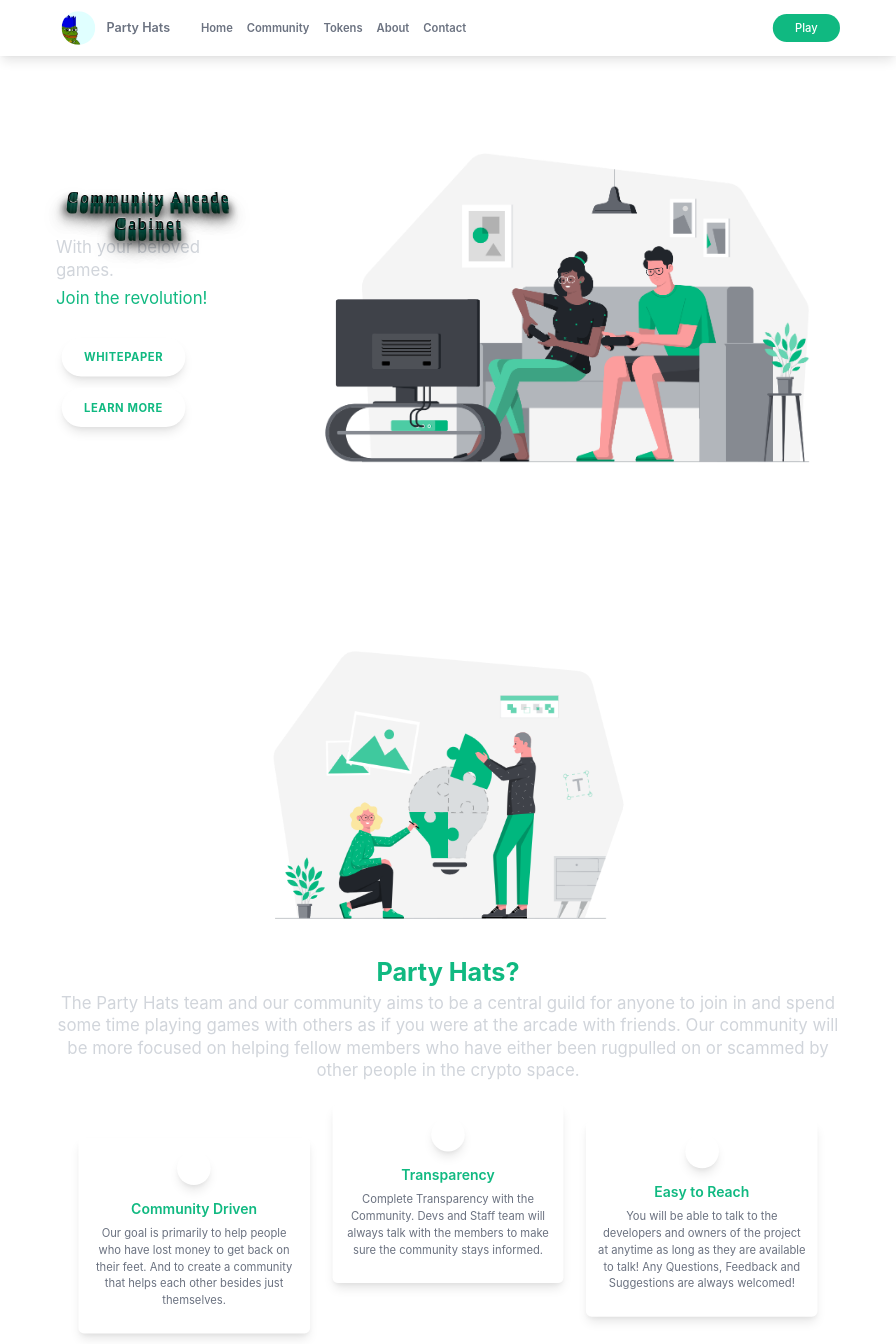
Repository: rhinorphan/phat-landing-page
Page: /
The author's editor kept a copy of each file at every save. The page is drawn from the files as they stood at one save, then again after the next save.
The browser window is 1280 px wide. The pictures show the part of the page from y = 0 to 1920 px (the page is 3976 px tall), at 70% of full size.
The project was rebuilt for these pictures with package versions that can differ from the ones it lists, and the page was loaded fresh each time. Also part of the build but not shown: craco.config.js.

Above is the page before, as saved 2021-11-17 20:33:32.

After the next save:
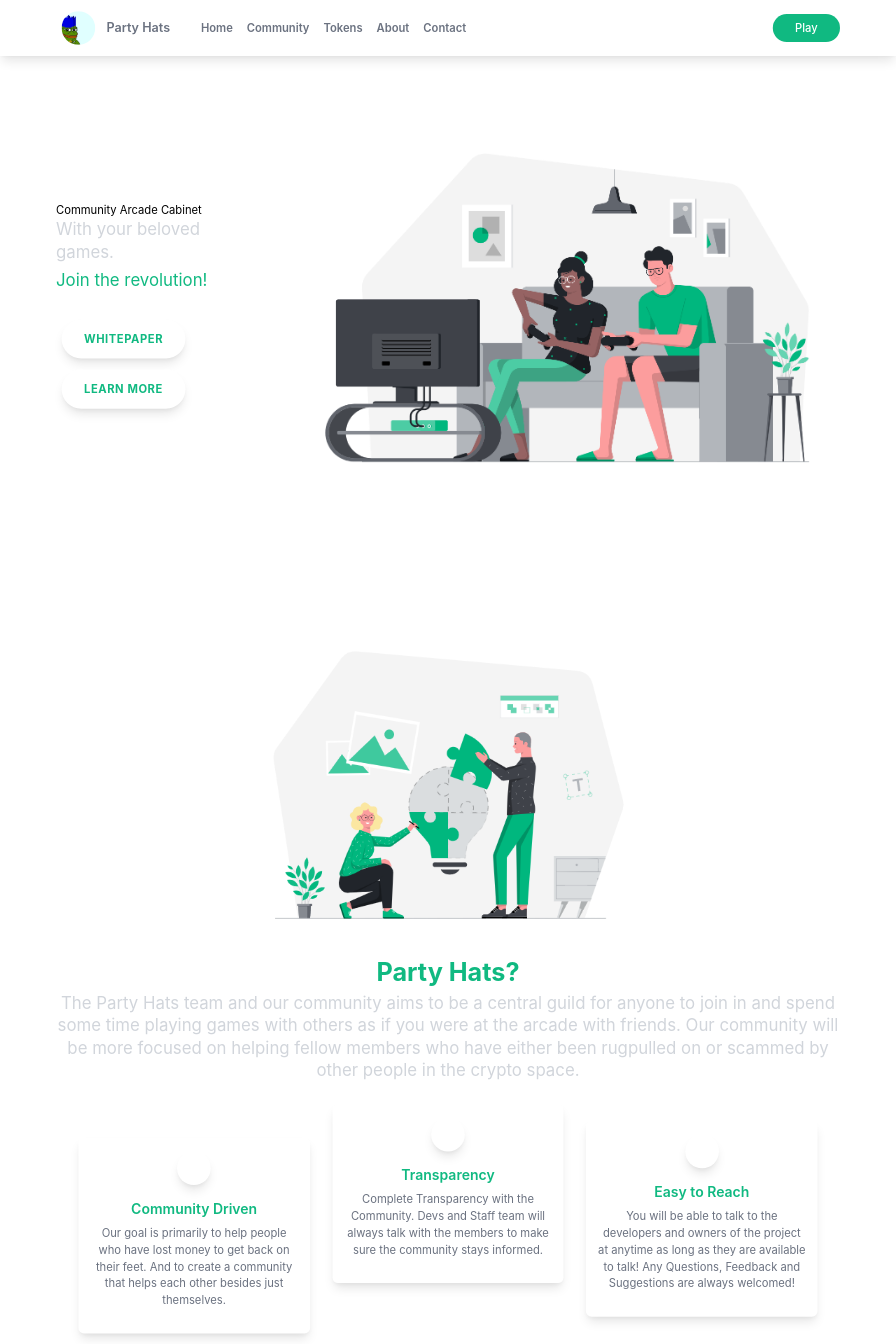
Saved 9 s later.
--- a/src/App.css
+++ b/src/App.css
@@ -9,59 +9,3 @@
 .nobull {
   list-style-type: none;
 }
-
-.header-wrap {
-  font-family: 'Press Start 2P', cursive;
-  display: block;
-  width: auto;
-  height: auto;
-  padding: 0;
-  text-align: center;
-  font-size: 25px;
-  font-family: 'Press Start 2P', cursive;
-  transform: perspective(200px) rotateX(10deg);
-  letter-spacing: .1em;
-  user-select: none;
-  text-shadow:
-    0 -1px 0 #fff,
-    0 1px 0 #004d40,
-    0 2px 0 #00483B,
-    0 3px 0 #004639,
-    0 4px 0 #004336,
-    0 5px 0 #004134,
-    0 6px 0 #003F32,
-    0 7px 0 #003D30,
-    0 8px 0 #003A2D,
-    0 9px 0 #00382B,
-    0 10px 0 #003528,
-    0 11px 0 #003225,
-    0 12px 0 #002F22,
-    0 13px 0 #002B1E,
-    0 14px 0 #00281C,
-    0 15px 0 #001F13,
-    0 22px 30px rgba(0,0,0, 0.9),
-    0 22px 30px rgba(0, 0, 0, 0.9),
-    0 22px 15px rgba(0, 0, 0, 0.9),
-    0 11px 15px rgba(0, 0, 0, 0.9),
-    0 15px 20px rgba(0, 0, 0, 0.9),
-    0 15px 11px rgba(0, 0, 0, 0.9),
-    0 16px 11px rgba(0, 0, 0, 0.9);
-
-  transition: text-shadow .3s ease .3s,
-    transform .3s ease .3s,
-    letter-spacing .3s ease .3s;
-
-  &:hover {
-    transition: text-shadow .33s ease,
-      transform .3s ease,
-      letter-spacing .3s ease;
-    text-shadow: 0 0 0 #004134,
-      0 1px 0 #00483B,
-      0 2px 0 #003528,
-      0 3px 3px rgba(0, 0, 0, 0.9);
-    transform: translate(0px, 15px)
-      perspective(200px)
-      rotateX(10deg);
-    letter-spacing: .125em;
-  }
-}
